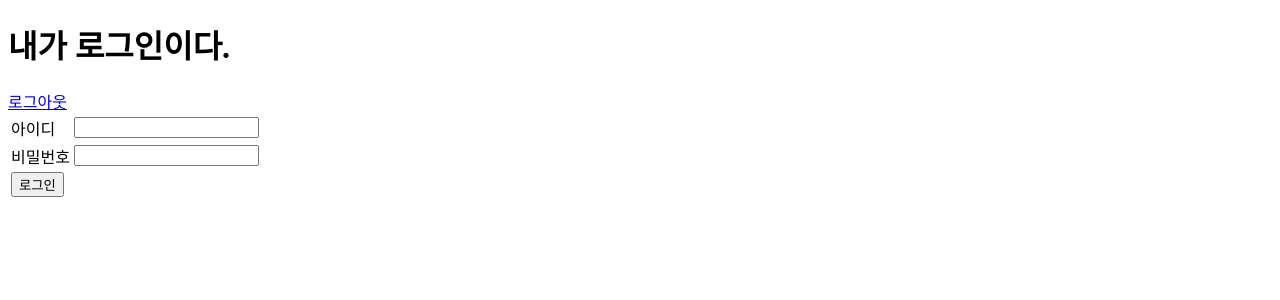
Repository: Yousehyeon/spring_work
Page: stsMvcProj/src/main/webapp/views/session/loginMain.html
An editor plug-in stored every save of this project. The page is shown before and after the next save, followed by the edit.
The browser window is 1280 px wide. The pictures show the whole page.

Above is the page before, as saved 2023-08-23 06:02:48.

### stsMvcProj/src/main/webapp/views/session/loginMain.html
<!DOCTYPE html>
<html xmlns="www.thymeleaf.org">
<head>
<meta charset="UTF-8">
<title>session/view</title>
</head>
<body>
<h1>내가 로그인이다.</h1>

<form action="loginReg" method="post">
	<table>
		<tr>
			<td>아이디</td>
			<td><input type="text" name="pid"></td>
		</tr>
		<tr>
			<td>비밀번호</td>
			<td><input type="text" name="pw"></td>
		</tr>
		<tr>
			<td>
				<input type="submit" value="로그인">
			</td>
		</tr>
		<a href="logout">로그아웃</a>
	</table>
</form>
</div>
</body>
</html>

After the next save:
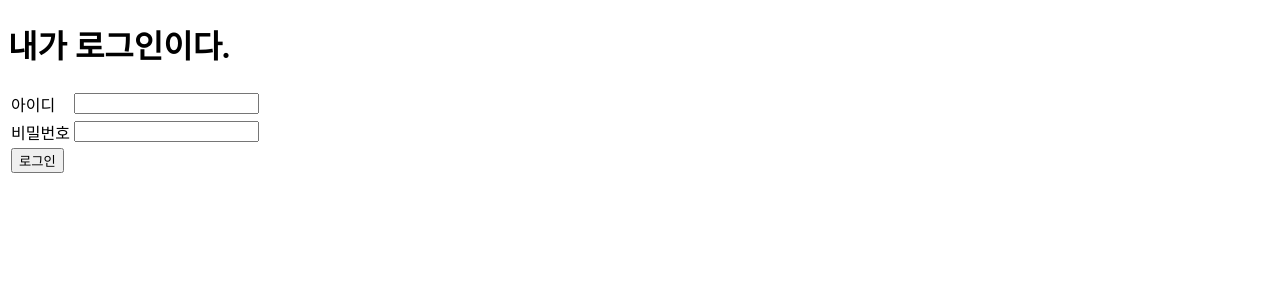
Saved 28 s later.
--- a/stsMvcProj/src/main/webapp/views/session/loginMain.html
+++ b/stsMvcProj/src/main/webapp/views/session/loginMain.html
@@ -22,7 +22,7 @@
 				<input type="submit" value="로그인">
 			</td>
 		</tr>
-		<a href="logout">로그아웃</a>
+
 	</table>
 </form>
 </div>
